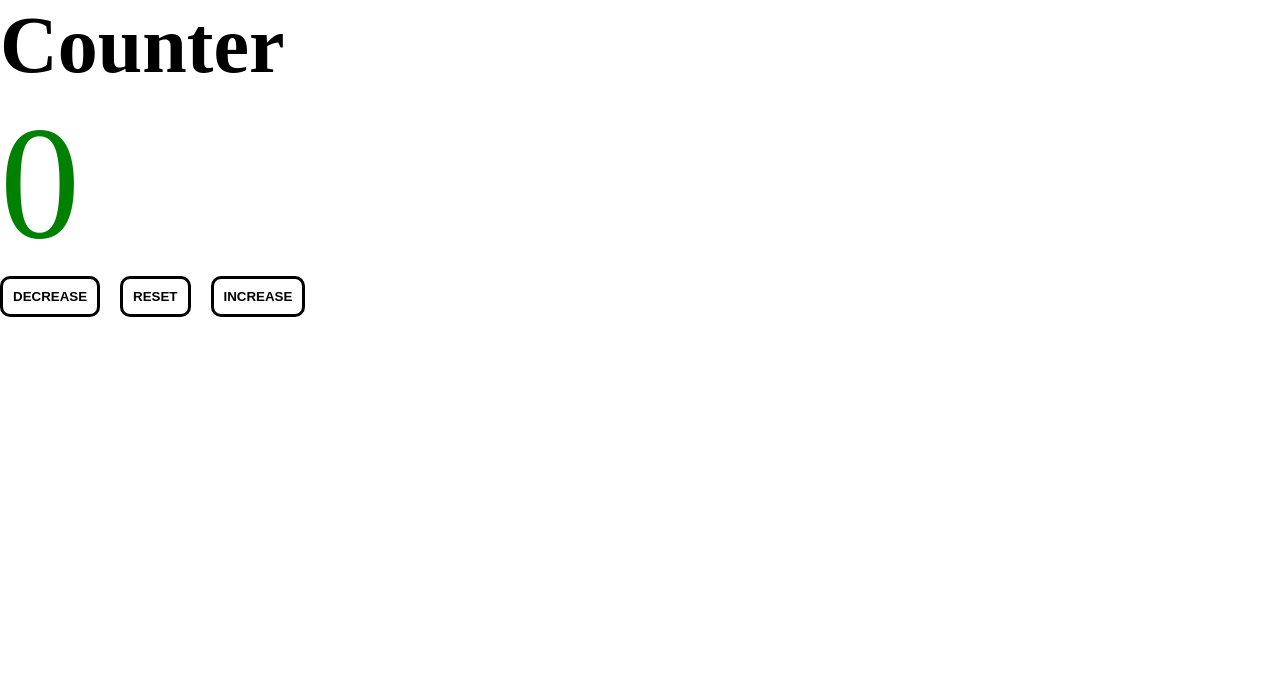
Repository: imokha01/createCounter
Page: index.html
The author's editor kept a copy of each file at every save. The page is drawn from the files as they stood at one save, then again after the next save.
The browser window is 1280 px wide. The pictures show the whole page.

Above is the page before, as saved 2024-01-17 17:11:15.

After the next save:
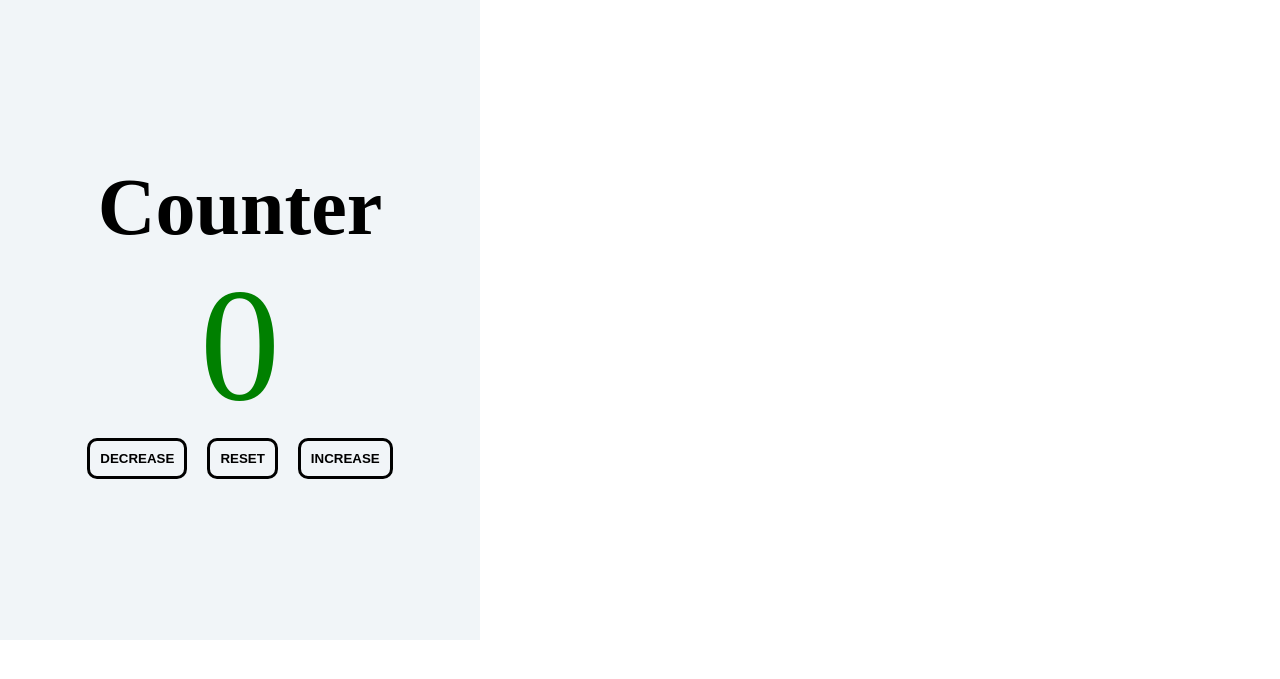
Saved 6 s later.
--- a/style.css
+++ b/style.css
@@ -4,16 +4,15 @@
     box-sizing: border-box;
 }
 
-    width: 100rem;
-    height: 50rem;
-}
+
 .main {
     display: flex;
     flex-direction: column;
     justify-content: center;
     align-items: center;
     background-color: #f1f5f8;
-
+    width: 30rem;
+    height: 40rem;
 }
 
 h1 {
